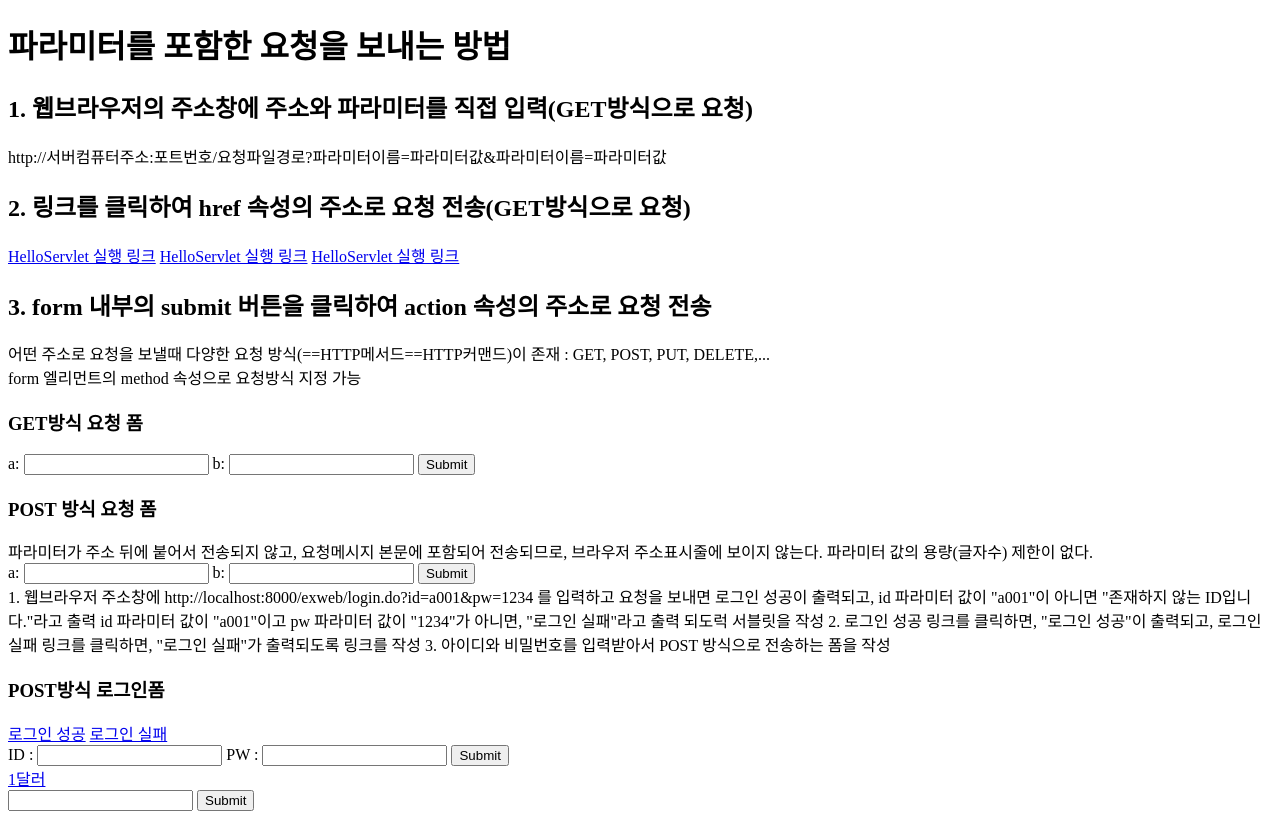
Repository: gywjd848/jeongblog
Page: workspace/exweb/WebContent/param.html
These files come from the project's save history. The page is drawn as it stood at one moment and after the next save; the edit follows.
The browser window is 1280 px wide. The pictures show the whole page.

Above is the page before, as saved 2020-05-15 06:41:01.

### workspace/exweb/WebContent/param.html
<!DOCTYPE html>
<html>
<head>
<meta charset="UTF-8">
<title>파라미터 테스트</title>
</head>
<body>
	<h1>파라미터를 포함한 요청을 보내는 방법</h1>
	<h2>1. 웹브라우저의 주소창에 주소와 파라미터를 직접 입력(GET방식으로 요청)</h2>
	<div>http://서버컴퓨터주소:포트번호/요청파일경로?파라미터이름=파라미터값&파라미터이름=파라미터값</div>
	<h2>2. 링크를 클릭하여 href 속성의 주소로 요청 전송(GET방식으로 요청)</h2>
	<div>
		<a href="http://localhost:8000/exweb/hello.do?a=hello&b=포로리">HelloServlet 실행 링크</a>
		<a href="/exweb/hello.do?a=hello&b=포로리">HelloServlet 실행 링크</a>
		<a href="hello.do?a=hello&b=포로리">HelloServlet 실행 링크</a>
	</div>
	<h2>3. form 내부의 submit 버튼을 클릭하여 action 속성의 주소로 요청 전송</h2>
	<div>어떤 주소로 요청을 보낼때  다양한 요청 방식(==HTTP메서드==HTTP커맨드)이 존재 : GET, POST, PUT, DELETE,...</div>
	<div>form 엘리먼트의 method 속성으로 요청방식 지정 가능</div>
	<h3>GET방식 요청 폼</h3>
	<form action="http://localhost:8000/exweb/hello.do" method="get">
		a: <input type="text" name="a"/>
		b: <input type="text" name="b"/>
		<input type="submit" />
	</form>
	<h3>POST 방식 요청 폼</h3>
	<div>파라미터가 주소 뒤에 붙어서 전송되지 않고,
		 요청메시지 본문에 포함되어 전송되므로,
		 브라우저 주소표시줄에 보이지 않는다.
		 파라미터 값의 용량(글자수) 제한이 없다.</div>
	<form action="http://localhost:8000/exweb/hello.do" method="post">
		a: <input type="text" name="a"/>
		b: <input type="text" name="b"/>
		<input type="submit" />
	</form>
	<div>
		1. 웹브라우저 주소창에
		http://localhost:8000/exweb/login.do?id=a001&pw=1234
		를 입력하고 요청을 보내면 로그인 성공이 출력되고,
		id 파라미터 값이 "a001"이 아니면 "존재하지 않는 ID입니다."라고 출력
		id 파라미터 값이 "a001"이고 pw 파라미터 값이 "1234"가 아니면,
		"로그인 실패"라고 출력 되도럭 서블릿을 작성
		2.
		로그인 성공 링크를 클릭하면, "로그인 성공"이 출력되고,
		로그인 실패 링크를 클릭하면, "로그인 실패"가 출력되도록 링크를 작성
		3.
		아이디와 비밀번호를 입력받아서 POST 방식으로 전송하는 폼을 작성
	</div>
	<h3>POST방식 로그인폼</h3>
	<div>
	<a href="http://localhost:8000/exweb/login.do?id=a001&pw=1234">로그인 성공</a>
	<a href="http://localhost:8000/exweb/login.do?id=a001&pw=1235">로그인 실패</a>
	</div>
	<form action="http://localhost:8000/exweb/login.do" method="post">
		ID : <input type="text" name="id" />
		PW : <input type="text" name="pw" />
		<input type="submit" />
	</form>
	<div>
	<a href="http://localhost:8000/exweb/exchange.do?dollar=1">1달러</a>
	</div>
	<form action="http://localhost:8000/exweb/exchange.do" method="post">
		<input type="text" name="dollar" />
		<input type="submit" />
	</form>
	</body>
</html>

After the next save:
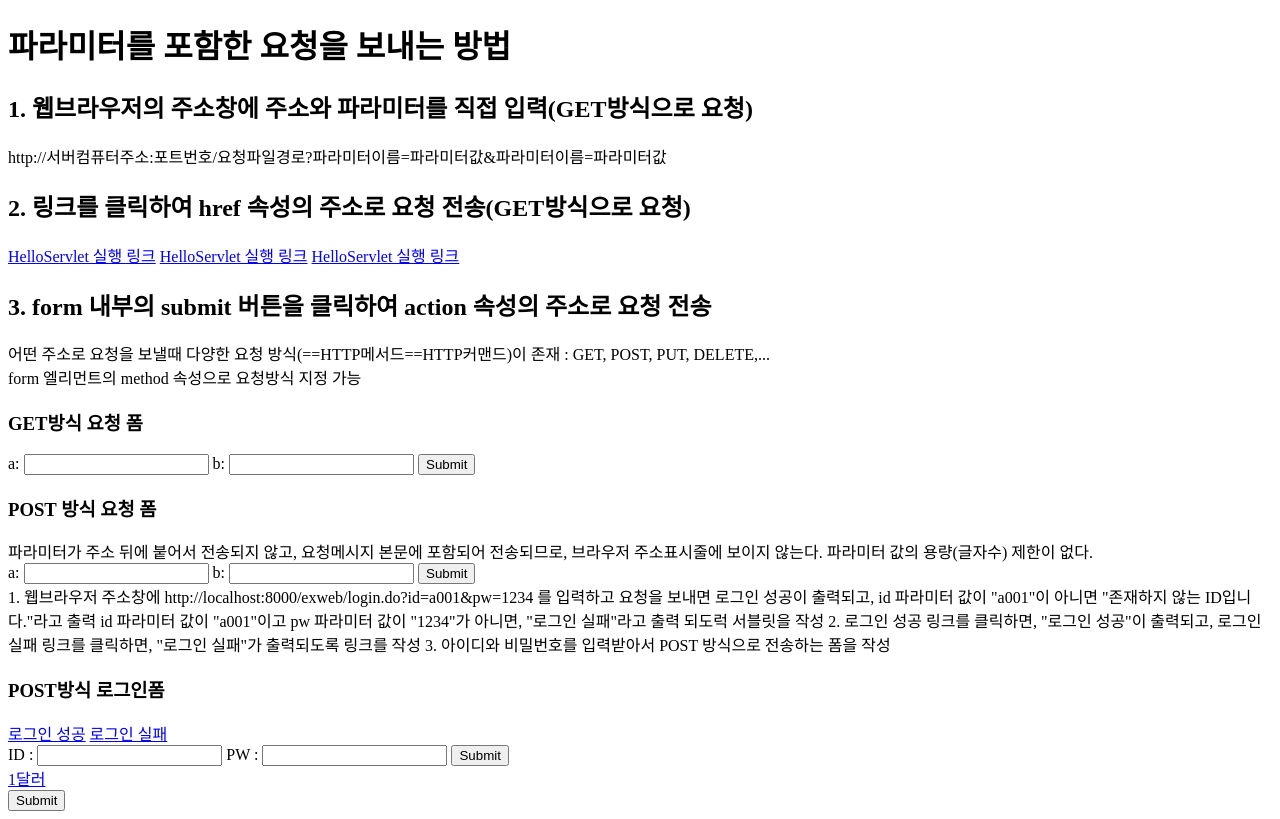
Saved 2 min 0 s later.
--- a/workspace/exweb/WebContent/param.html
+++ b/workspace/exweb/WebContent/param.html
@@ -59,8 +59,7 @@
 	<div>
 	<a href="http://localhost:8000/exweb/exchange.do?dollar=1">1달러</a>
 	</div>
-	<form action="http://localhost:8000/exweb/exchange.do" method="post">
-		<input type="text" name="dollar" />
+	<form action="http://localhost:8000/exweb/exchange.do" method="get">
 		<input type="submit" />
 	</form>
 	</body>

After the save that followed:
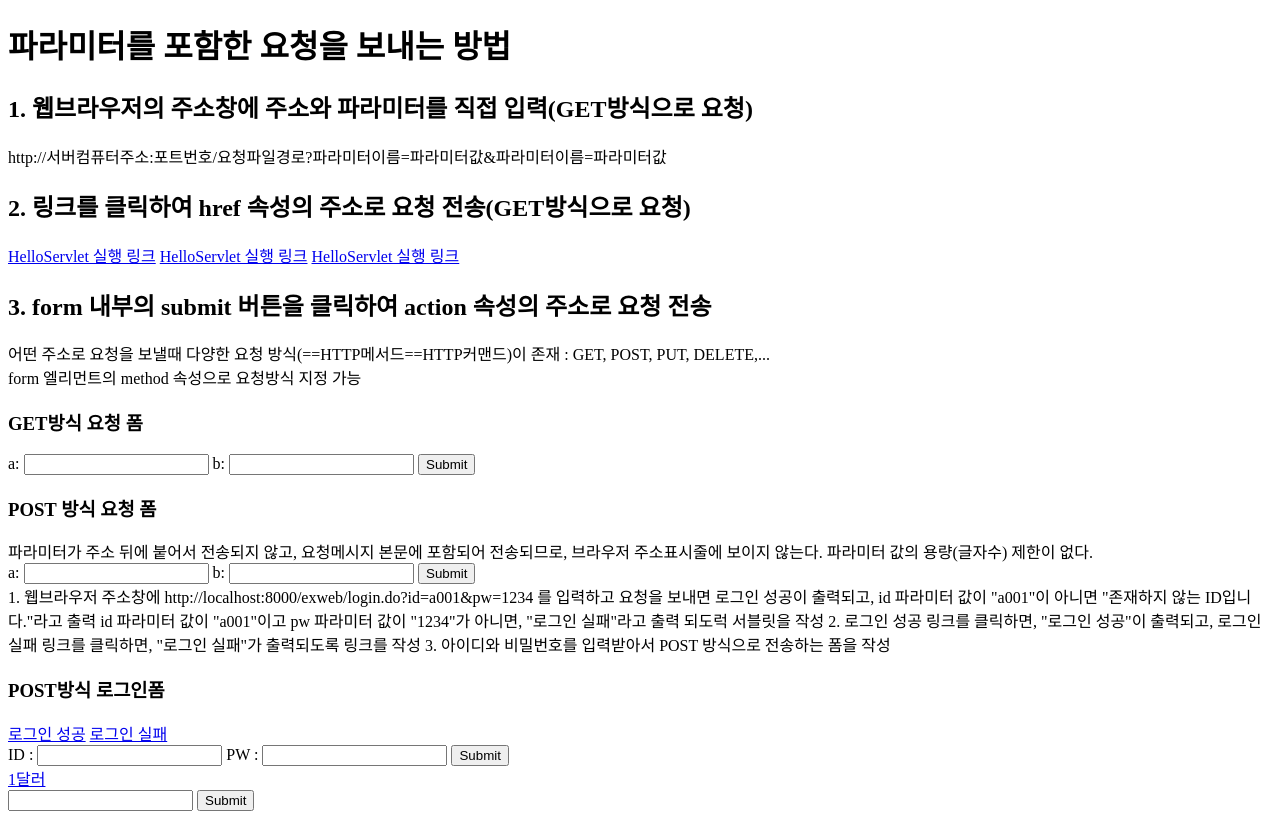
Saved 47 s later.
--- a/workspace/exweb/WebContent/param.html
+++ b/workspace/exweb/WebContent/param.html
@@ -60,6 +60,7 @@
 	<a href="http://localhost:8000/exweb/exchange.do?dollar=1">1달러</a>
 	</div>
 	<form action="http://localhost:8000/exweb/exchange.do" method="get">
+		<input type="text" name="dollar" />
 		<input type="submit" />
 	</form>
 	</body>
